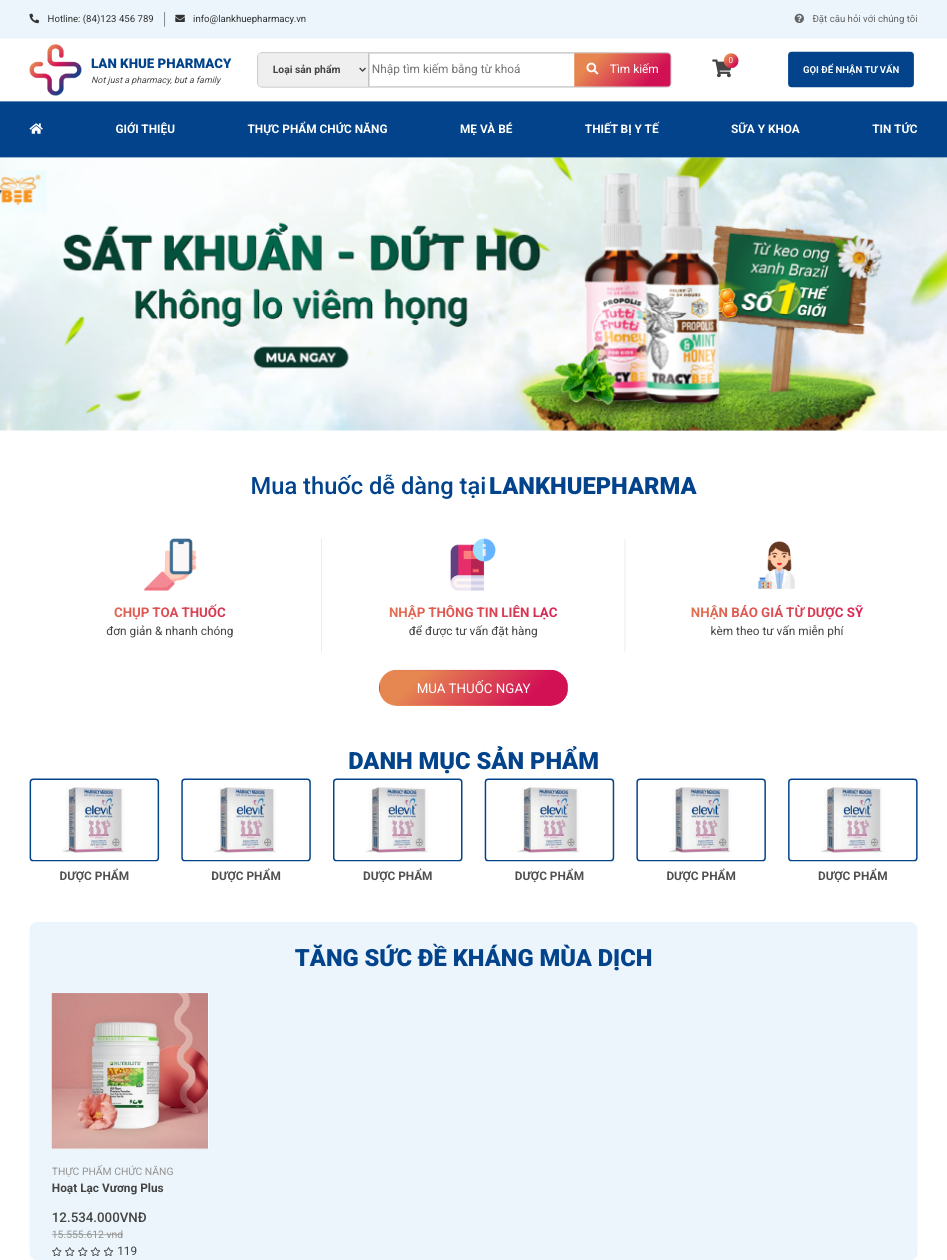
Repository: haianh12082001/Lan-khue
Page: index.html
These files come from the project's save history. The page is drawn as it stood at one moment and after the next save; the edit follows.
The browser window is 1280 px wide. The pictures show the whole page, at 74% of full size.
Some web libraries are served in a nearby version. The style sheet was rebuilt from its Sass, Less or Tailwind sources for each picture, by a compiler version that may differ from the author's.

Above is the page before, as saved 2021-12-18 15:31:55.

After the next save:
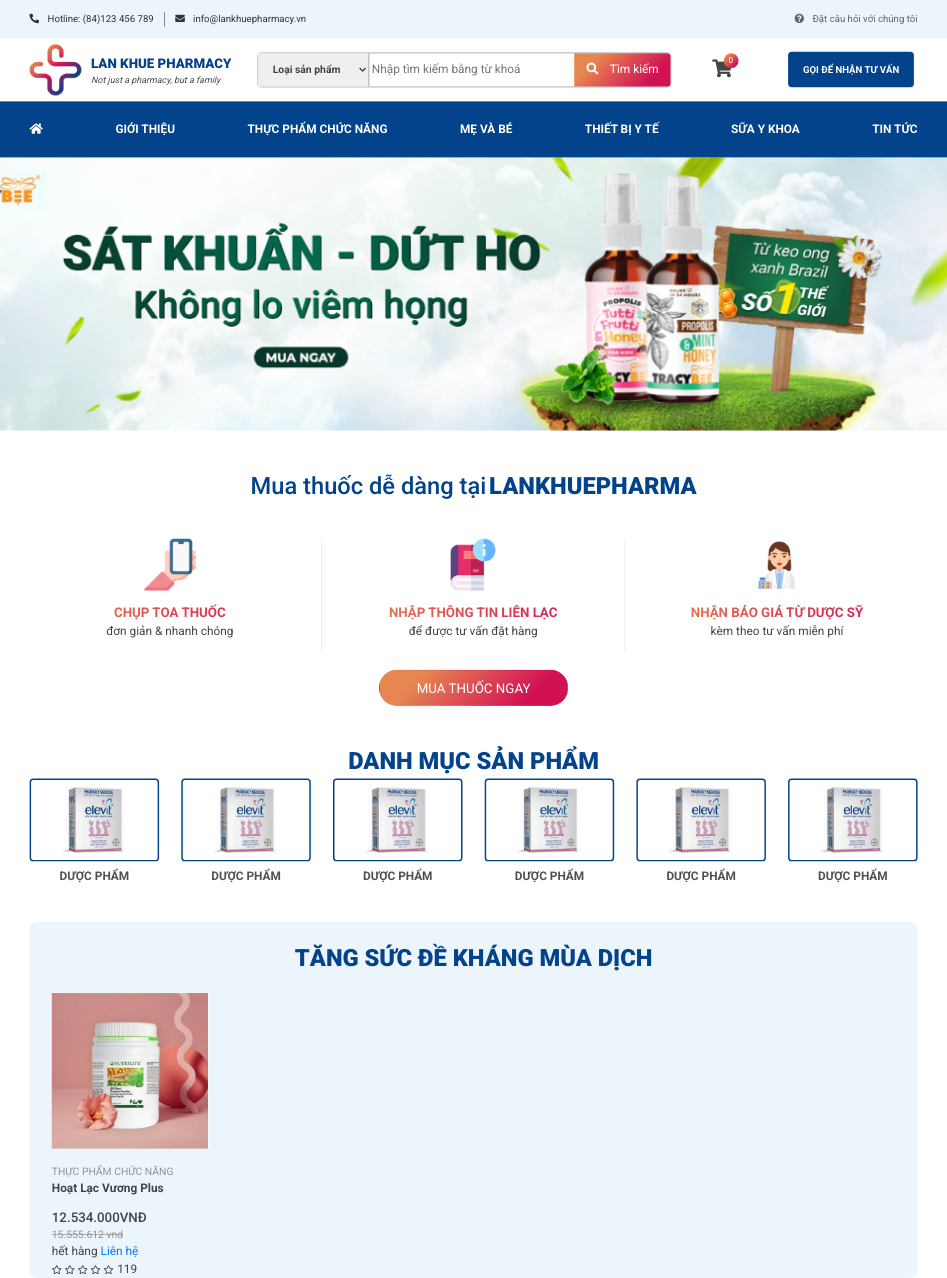
Saved 8 min 16 s later.
--- a/index.html
+++ b/index.html
@@ -218,6 +218,10 @@
                                 <div class="name">Hoạt Lạc Vương Plus</div>
                                 <div class="new-price">12.534.000VNĐ</div>
                                 <div class="old-price">15.555.612 vnd</div>
+                                <div class="out-stock">
+                                    hết hàng
+                                    <a href="">Liên hệ</a>
+                                </div>
                                 <div class="evaluate-product">
                                     <div class="icon">
                                         <i class="far fa-star"></i>

After the save that followed:
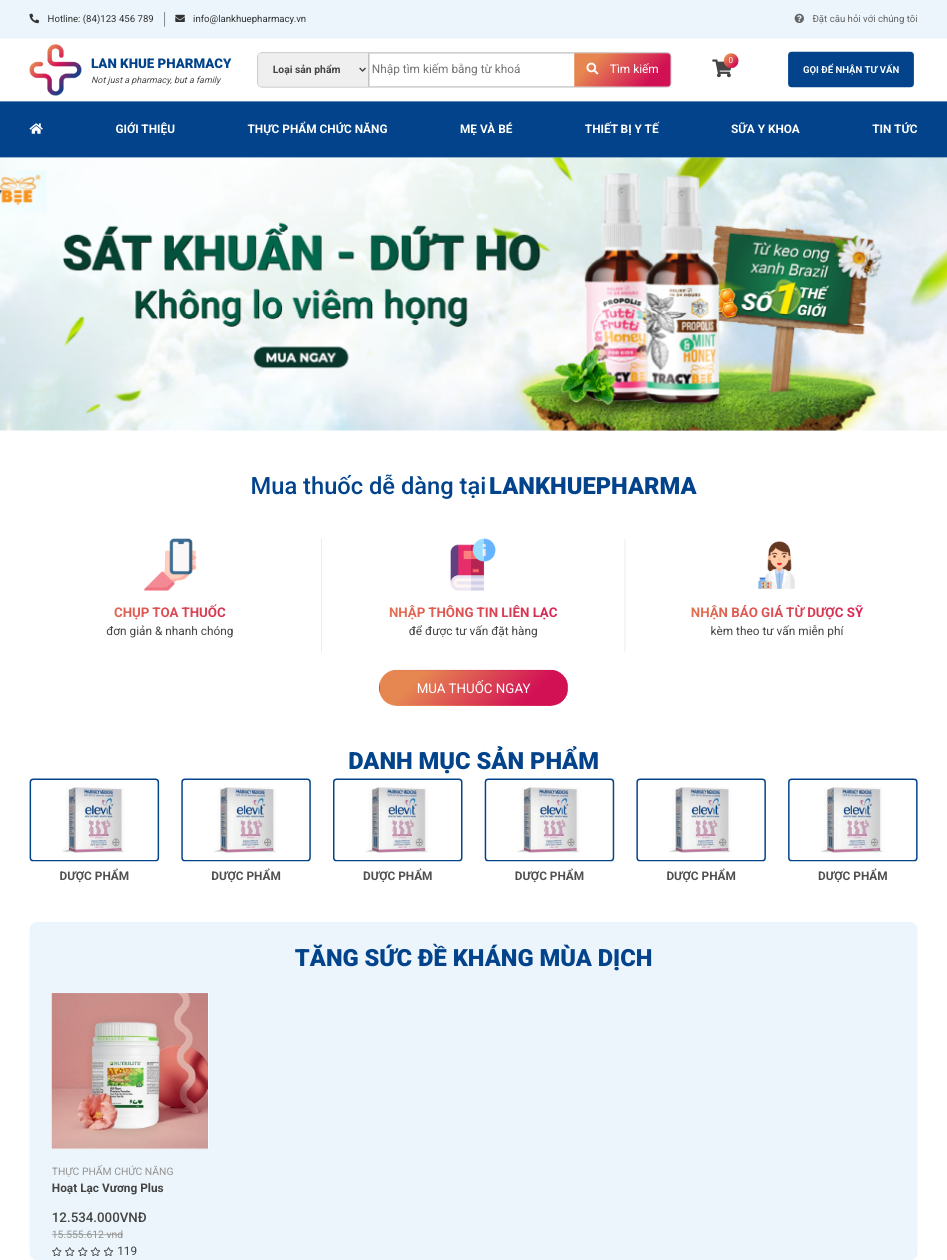
Saved 73 s later.
--- a/assets/sass/_body.scss
+++ b/assets/sass/_body.scss
@@ -97,7 +97,11 @@
         text-decoration: line-through;
         color: $soft-grey;
     }
+    .out-stock {
+        display: none;
+    }
 }
+
 .evaluate-product {
     display: flex;
     i {
